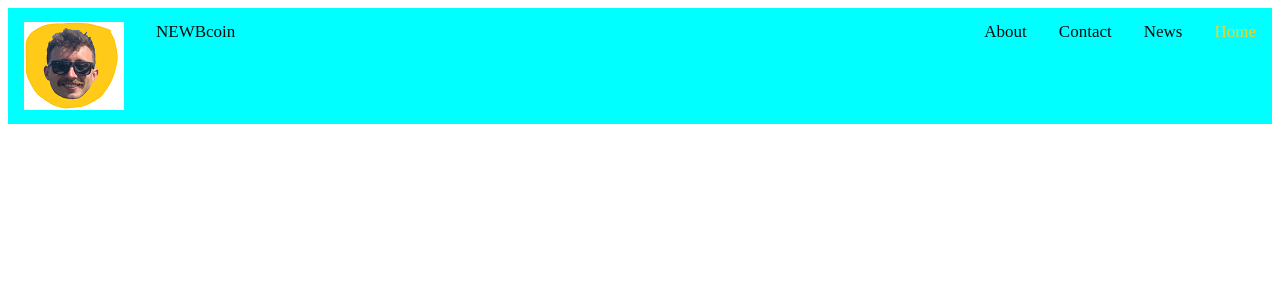
Repository: heartcut/NEWBCOINsite
Page: index.html
These files come from the project's save history. The page is drawn as it stood at one moment and after the next save; the edit follows.
The browser window is 1280 px wide. The pictures show the whole page.

Above is the page before, as saved 2022-02-08 20:20:30.
Not found: js/scripts.js

After the next save:
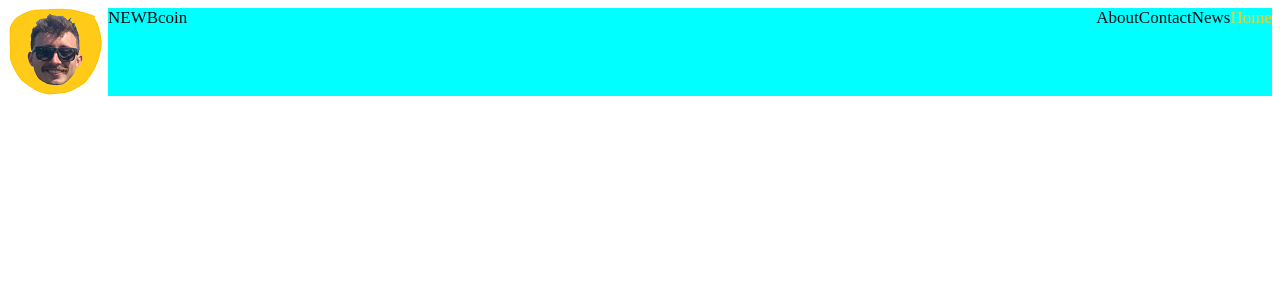
Saved 32 s later.
--- a/styles.css
+++ b/styles.css
@@ -10,7 +10,6 @@
     float: right;
     color: #0e0d0d;
     text-align: center;
-    padding: 14px 16px;
     text-decoration: none;
     font-size: 17px;
     margin: auto;
